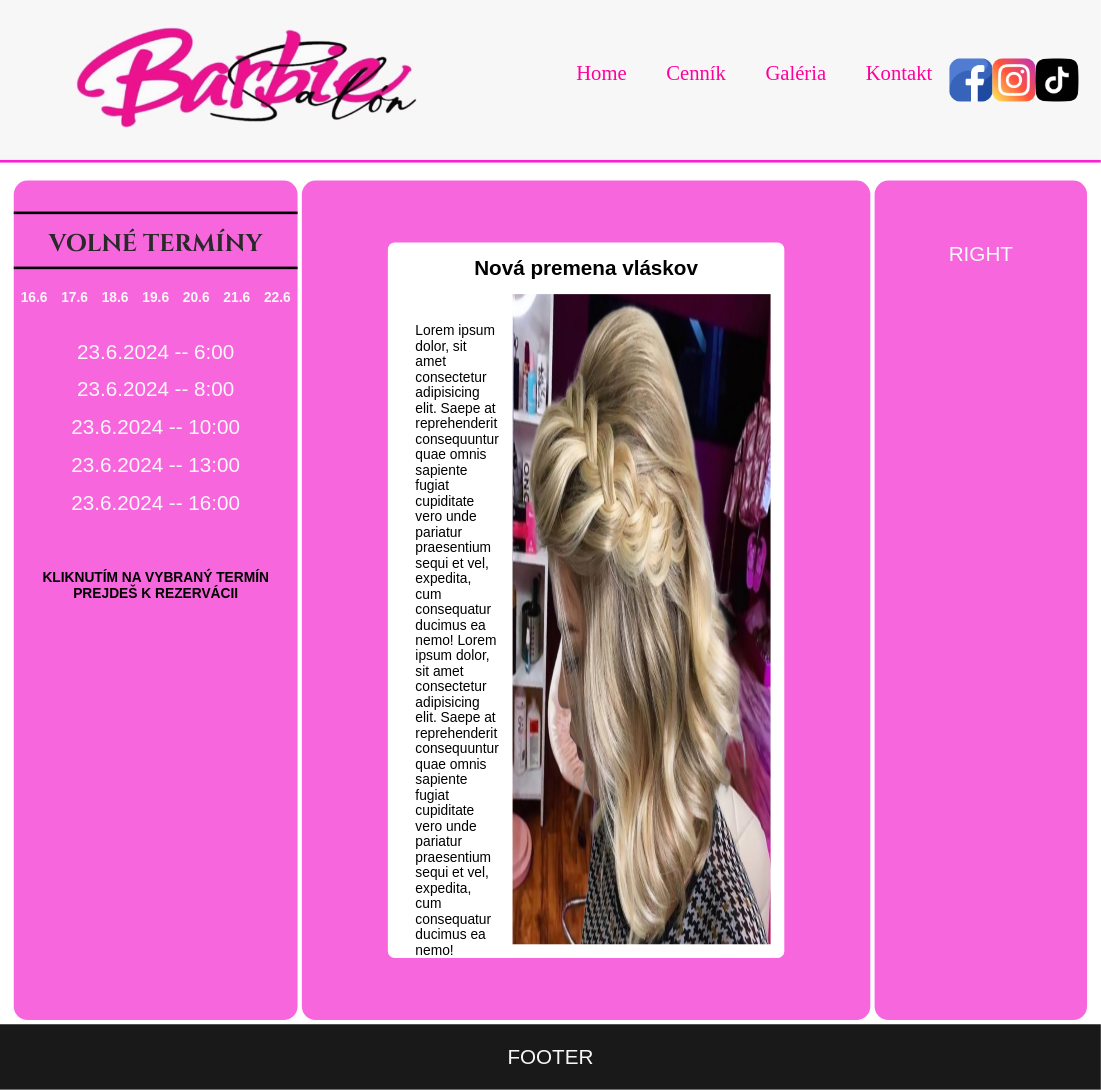
Repository: Badynko/Barbie-salon
Page: index.html
An editor plug-in stored every save of this project. The page is shown before and after the next save, followed by the edit.
The browser window is 1280 px wide. The pictures show the whole page, at 86% of full size.
Some web fonts or font styles are not loaded; a fallback is used.

Above is the page before, as saved 2024-08-04 19:14:57.

After the next save:
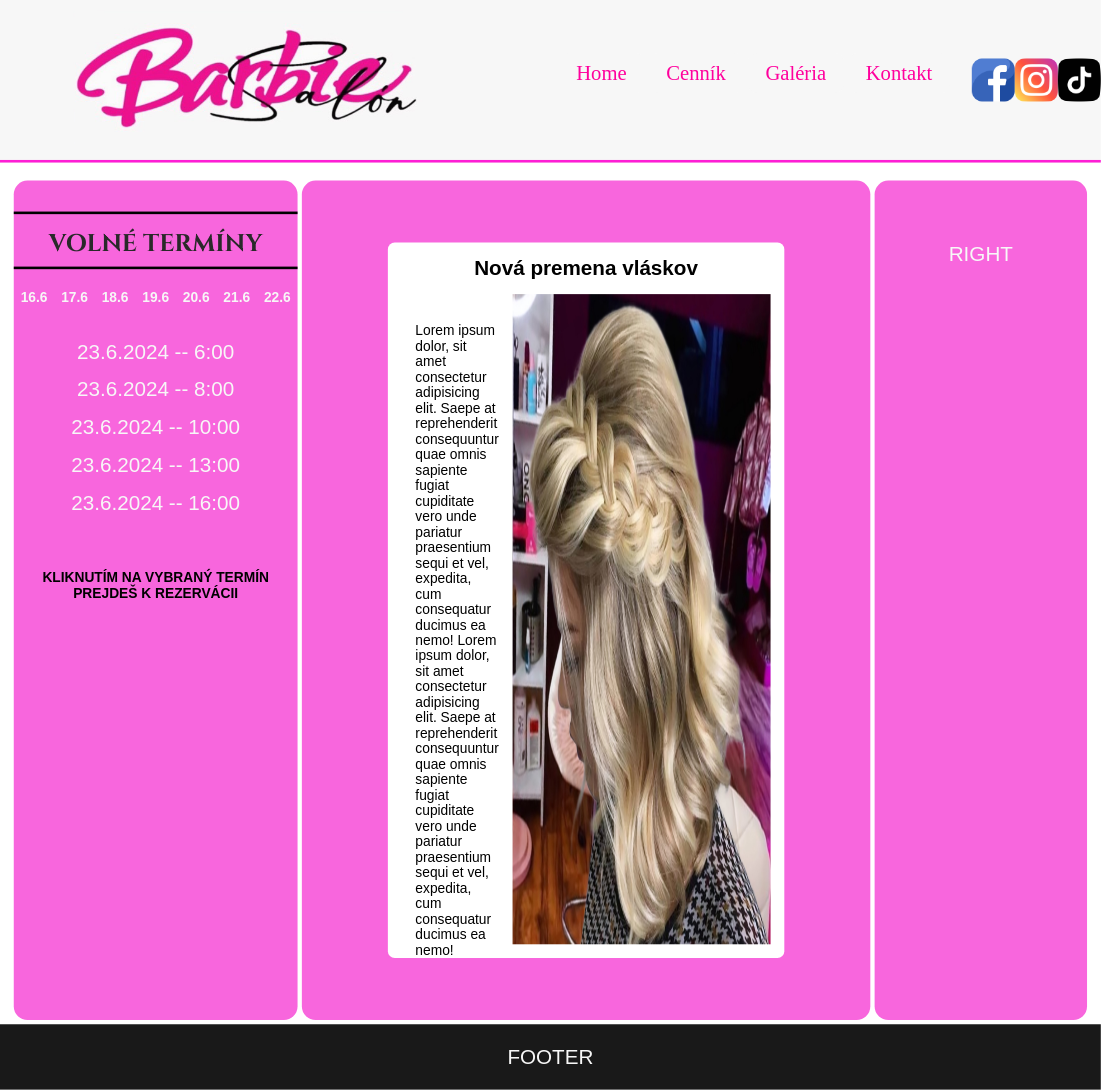
Saved 56 s later.
--- a/css/style.css
+++ b/css/style.css
@@ -210,7 +210,7 @@
   display: flex;
   flex: 1 1;
   flex-direction: row;
-  align-items: flex-end;
+  justify-content: flex-end;
 }
 
 @media all and (max-width: 550px) {
